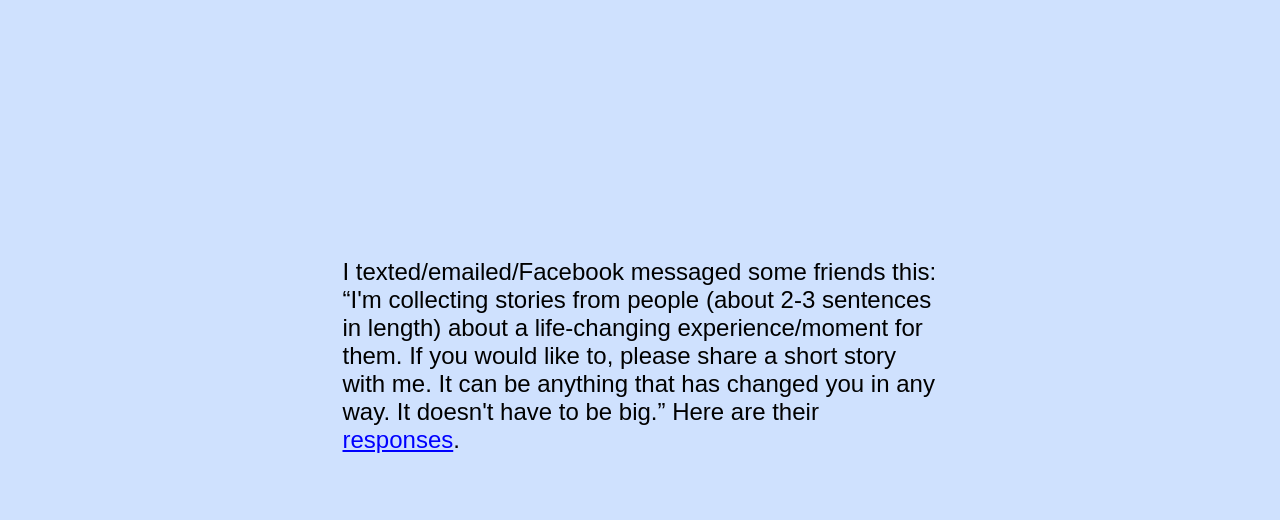
Repository: zhanj122/zhanj122.github.io
Page: typeface/stories.html
The author's editor kept a record of every edit. The page is drawn from the files as they stood at one moment, then again after the next edit.
The browser window is 1280 px wide. The pictures show the whole page.

Above is the page before.

### typeface/stories.html
<html>

    <head>
        <title>stories</title>
        <link rel="stylesheet" href="css/stories.css">
        <link rel="shortcut icon" type="image/png" href="assets/stories_favicon.png"/>
    </head>

    <body>
        <div class="stories">
            I texted/emailed/Facebook messaged some friends this:
            &ldquo;I'm collecting stories from people (about 2-3 sentences in length)
            about a life-changing experience/moment for them.
            If you would like to, please share a short story with me.
            It can be anything that has changed you in any way.
            It doesn't have to be big.&rdquo;
            Here are their <a href="story_1.html">responses</a>.
        </div>
    </body>

</html>

### typeface/css/stories.css
a {
    font-family: arial, helvetica, sans-serif;
    color: blue;
    font-size: 24px;
    text-decoration: underline;
}

.stories {
    width: 595px;
    padding-top: 250px;
    margin: 0 auto;
    font-family: arial, helvetica, sans-serif;
    color: black;
    font-size: 24px;
    text-decoration: none;
}

body {
    background-color: #cfe1fe;
}

After the next edit:
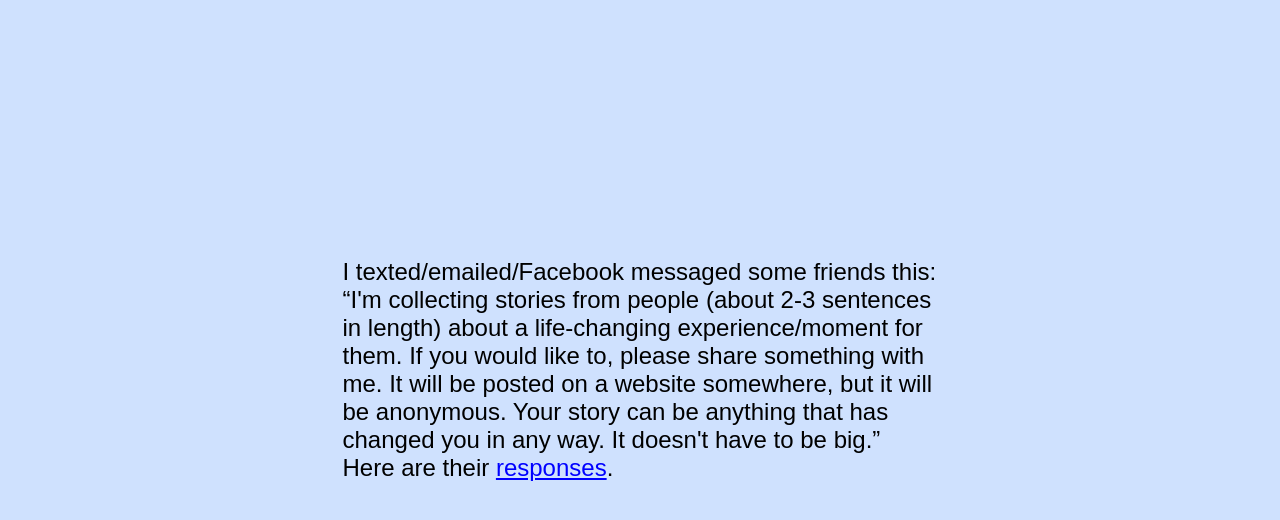
The edit:
--- a/typeface/stories.html
+++ b/typeface/stories.html
@@ -11,8 +11,9 @@
             I texted/emailed/Facebook messaged some friends this:
             &ldquo;I'm collecting stories from people (about 2-3 sentences in length)
             about a life-changing experience/moment for them.
-            If you would like to, please share a short story with me.
-            It can be anything that has changed you in any way.
+            If you would like to, please share something with me.
+            It will be posted on a website somewhere, but it will be anonymous.
+            Your story can be anything that has changed you in any way.
             It doesn't have to be big.&rdquo;
             Here are their <a href="story_1.html">responses</a>.
         </div>
